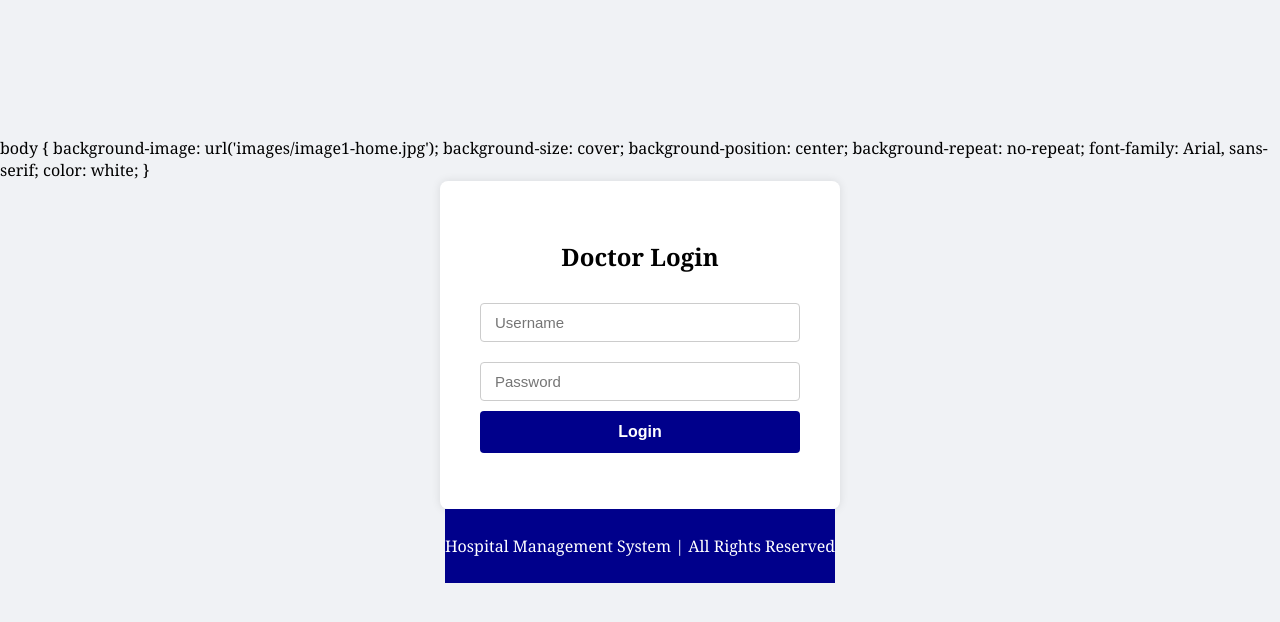
Repository: BinuriJ/HospitalSystem
Page: http://localhost/CyborgSys/login.jsp
The author's editor kept a copy of each file at every save. The page is drawn from the files as they stood at one save, then again after the next save.
The browser window is 1280 px wide. The pictures show the whole page.
The page is served by Tomcat 9.

Above is the page before, as saved 2025-05-10 02:34:38.

After the next save:
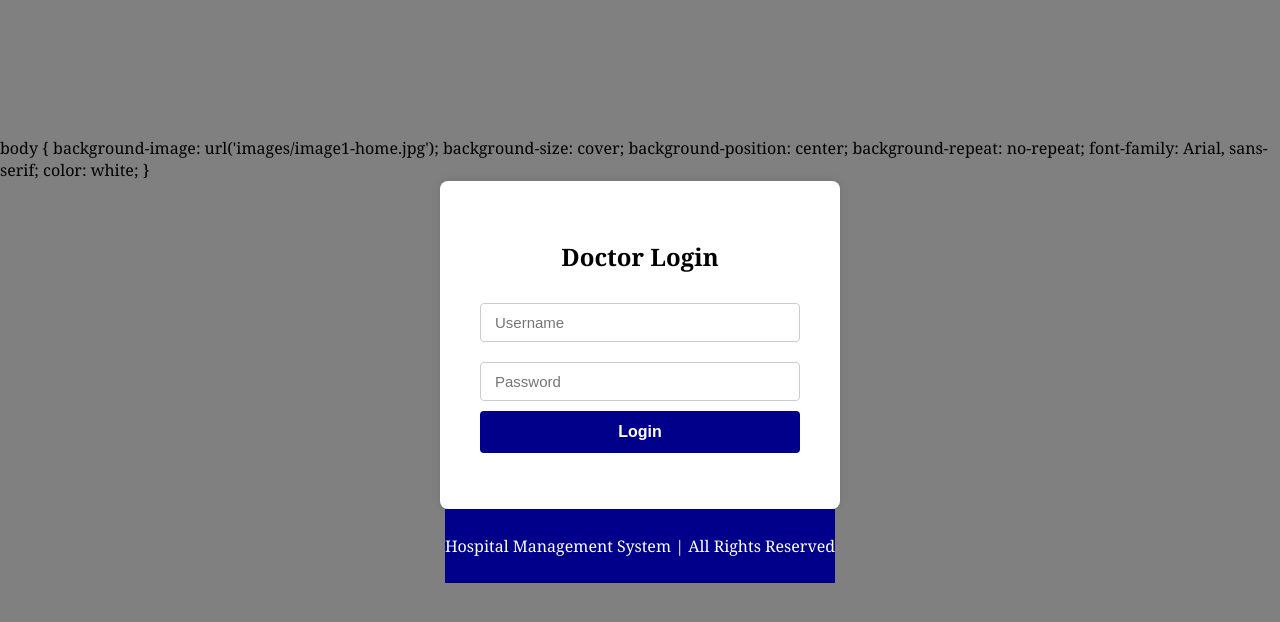
Saved 45 s later.
--- a/CyborgSys/WebContent/doctorLoginCss.jsp
+++ b/CyborgSys/WebContent/doctorLoginCss.jsp
@@ -3,7 +3,7 @@ body {
     margin: 0;
     padding: 0;
     font-family: Cambria, sans-serif;
-    background: #f0f2f5;
+    background: grey;
     display: flex;
     justify-content: center;
     align-items: center;
